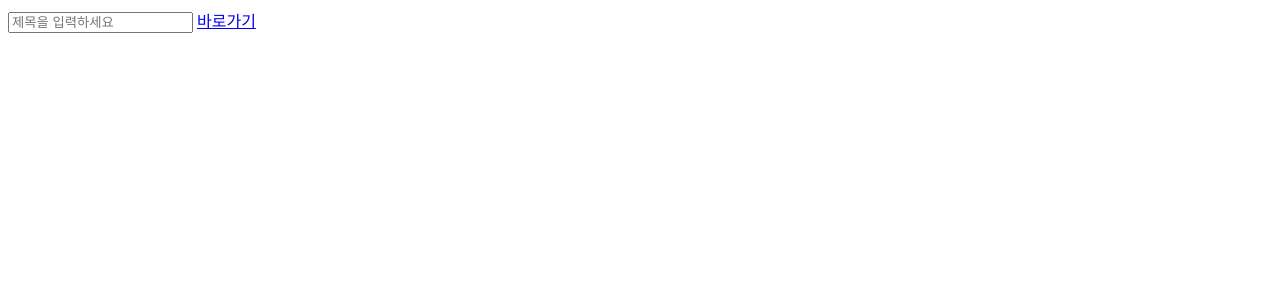
Repository: ssoo0011/school
Page: http://localhost/SBoard/MVCBoard/Write.jsp
The author's editor kept a copy of each file at every save. The page is drawn from the files as they stood at one save, then again after the next save.
The browser window is 1280 px wide. The pictures show the whole page.
The page is served by Tomcat 9. Other server files are loaded and not shown.

Above is the page before, as saved 2023-03-20 08:45:59.

### JSP/SBoard/WebContent/MVCBoard/Write.jsp
<%@ page language="java" contentType="text/html; charset=UTF-8"
    pageEncoding="UTF-8"%>
<%@ page import = 'Board.BoardDTO' %>
<%@ taglib prefix = "c" uri = "http://java.sun.com/jsp/jstl/core" %>

<!DOCTYPE html>
<html>
<head>
<meta charset="UTF-8">
<title>Insert title here</title>
</head>
<body>
	<input type = 'text' name = 'title' placeholder="제목을 입력하세요">
	<a href="<%= request.getContextPath() %>/mvcboard/write.do?title=${param.title}">바로가기</a>
	${param.title }
</body>
</html>

After the next save:
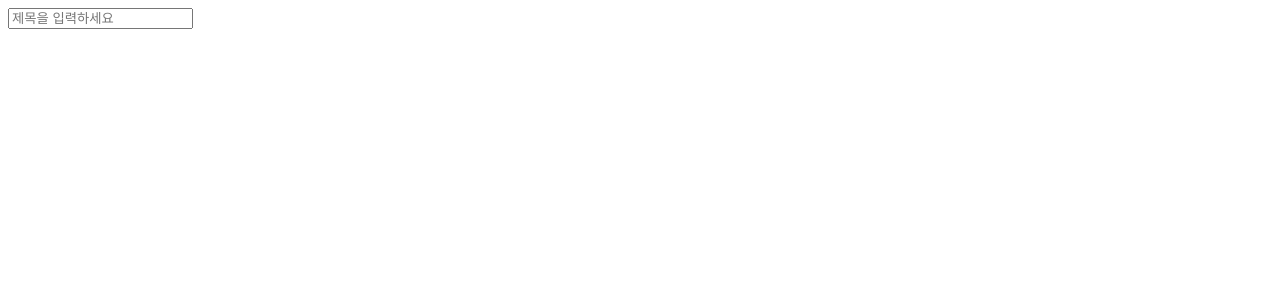
Saved 9 s later.
--- a/JSP/SBoard/WebContent/MVCBoard/Write.jsp
+++ b/JSP/SBoard/WebContent/MVCBoard/Write.jsp
@@ -11,7 +11,7 @@
 </head>
 <body>
 	<input type = 'text' name = 'title' placeholder="제목을 입력하세요">
-	<a href="<%= request.getContextPath() %>/mvcboard/write.do?title=${param.title}">바로가기</a>
+<%-- 	<a href="<%= request.getContextPath() %>/mvcboard/write.do?title=${param.title}">바로가기</a> --%>
 	${param.title }
 </body>
 </html>

After the save that followed:
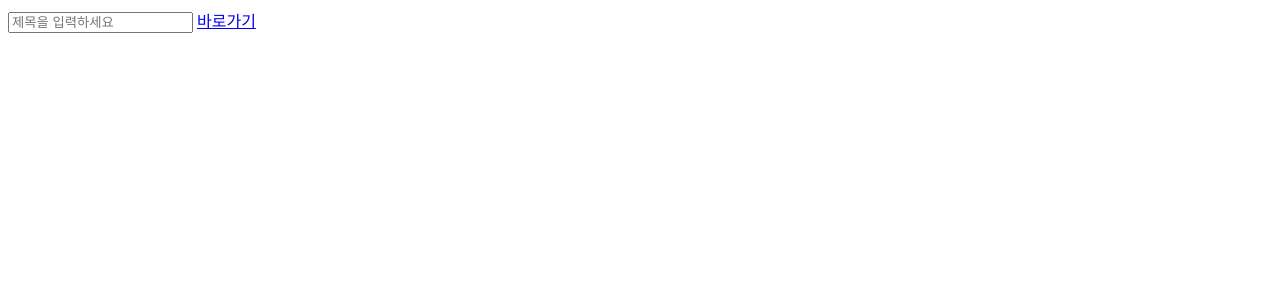
Saved 14 s later.
--- a/JSP/SBoard/WebContent/MVCBoard/Write.jsp
+++ b/JSP/SBoard/WebContent/MVCBoard/Write.jsp
@@ -11,7 +11,7 @@
 </head>
 <body>
 	<input type = 'text' name = 'title' placeholder="제목을 입력하세요">
-<%-- 	<a href="<%= request.getContextPath() %>/mvcboard/write.do?title=${param.title}">바로가기</a> --%>
-	${param.title }
+	<a href="<%= request.getContextPath() %>/mvcboard/write.do?title=${param.title}">바로가기</a>
+
 </body>
 </html>
